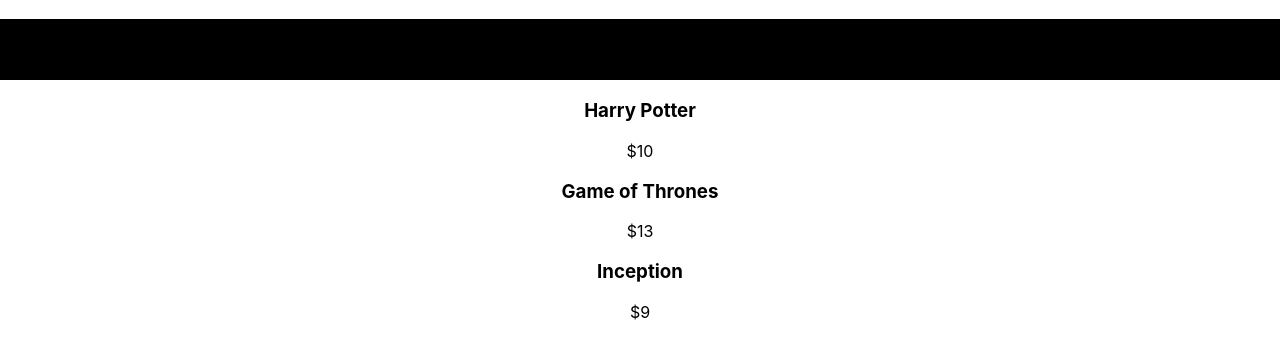
Repository: SubmergedSnake/react-usecontext
Page: /
The author's editor kept a copy of each file at every save. The page is drawn from the files as they stood at one save, then again after the next save.
The browser window is 1280 px wide. The pictures show the whole page.
The project was rebuilt for these pictures with package versions that can differ from the ones it lists, and the page was loaded fresh each time.

Above is the page before, as saved 2020-11-21 18:29:49.

After the next save:
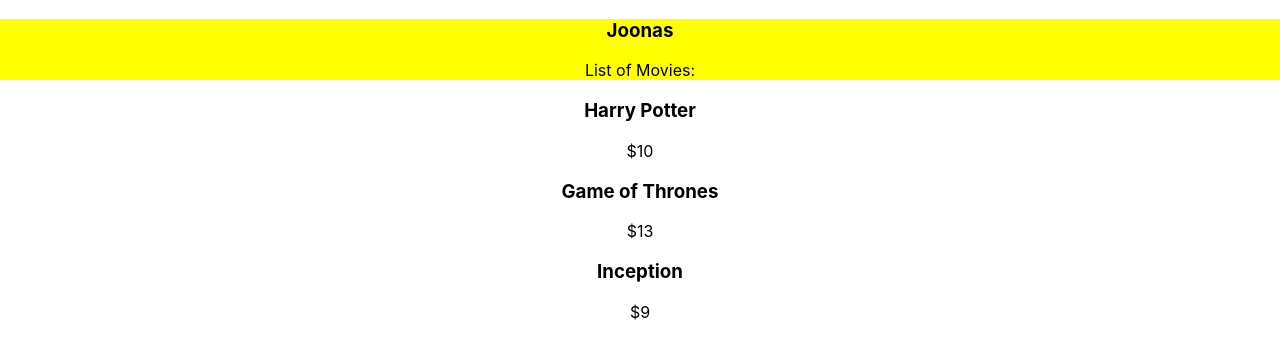
Saved 23 s later.
--- a/src/Nav.js
+++ b/src/Nav.js
@@ -1,7 +1,7 @@
 import React from 'react';
 
 const navStyle = {
-    background: 'black',
+    background: 'yellow',
   };
 
 
